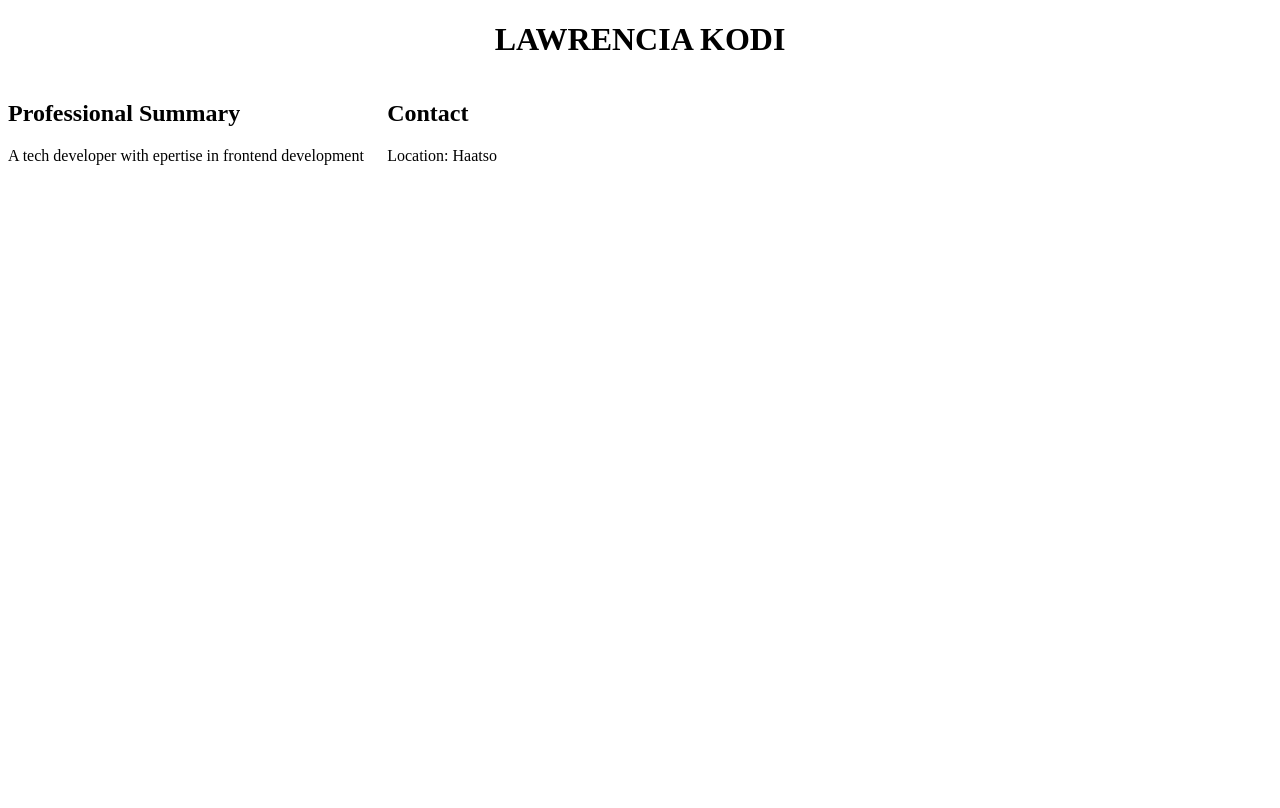
Repository: lawrencia-coder/T4G_CV
Page: index.html
These files come from the project's save history. The page is drawn as it stood at one moment and after the next save; the edit follows.
The browser window is 1280 px wide. The pictures show the whole page.
Some web libraries are served in a nearby version.

Above is the page before, as saved 2026-07-09 07:24:21.

### index.html
<!DOCTYPE html>
<html lang="en">
<head>
    <meta charset="UTF-8">
    <meta name="viewport" content="width=device-width, initial-scale=1.0">
    <script src="https://kit.fontawesome.com/c72fc9c022.js" crossorigin="anonymous"></script>
    <title>T4G_CV</title>
    <link rel="stylesheet" href="style.css">
</head>
<body>
    <h1>LAWRENCIA KODI</h1>
    <div class="cv-container">
        <div class="left-column">
            <h2>Professional Summary</h2>
              <p>A tech developer with epertise in frontend development</p>
        </div>
         <div class="right-column">
             <h2> Contact</h2>
              <p>Location: Haatso</p>
         </div>
    </div>

</body>
</html>

### style.css
/* working on my headings */
h1{
    text-align: center;

}
.cv-container{
    display: flex;
    width: 100%;
    min-height: 100vh;
}

.left-column{
width: 30%;
background-color: ;
}

After the next save:
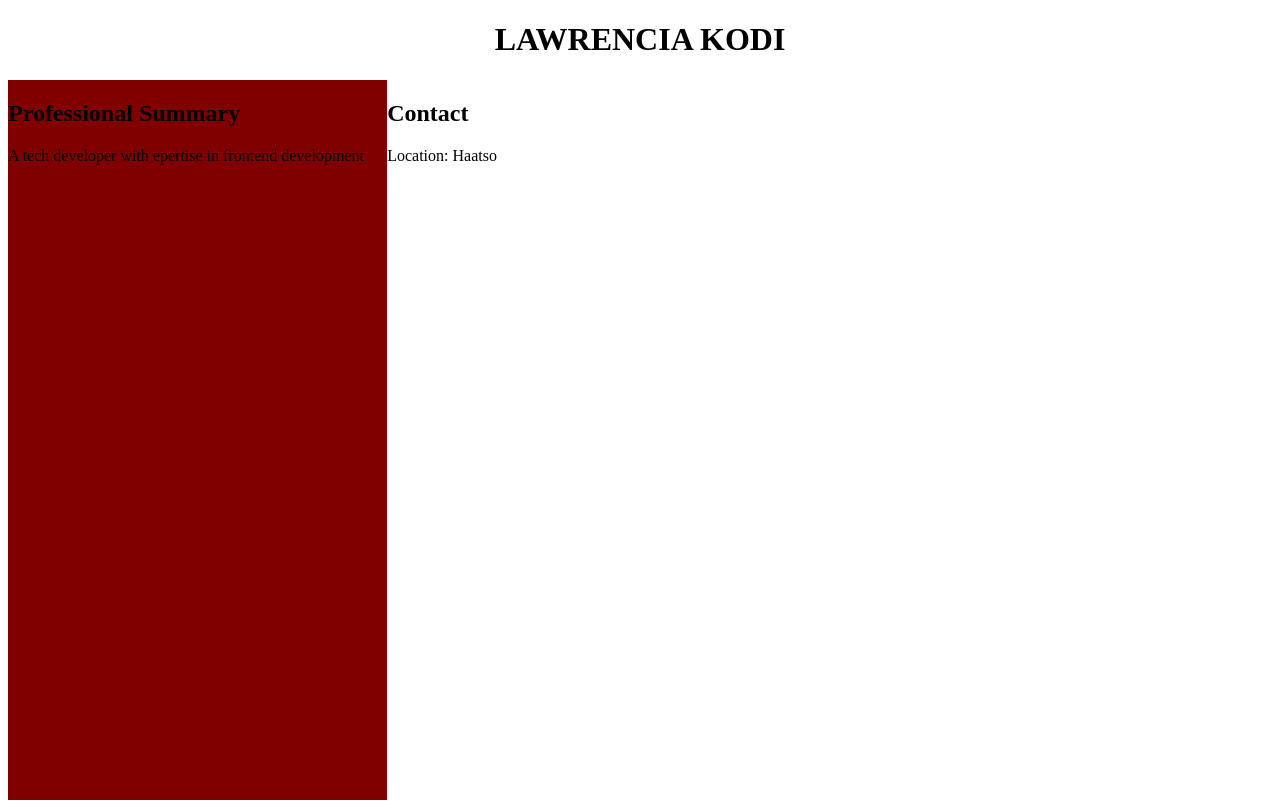
Saved 12 s later.
--- a/style.css
+++ b/style.css
@@ -11,5 +11,5 @@ h1{
 
 .left-column{
 width: 30%;
-background-color: ;
+background-color: maroon;
 }
